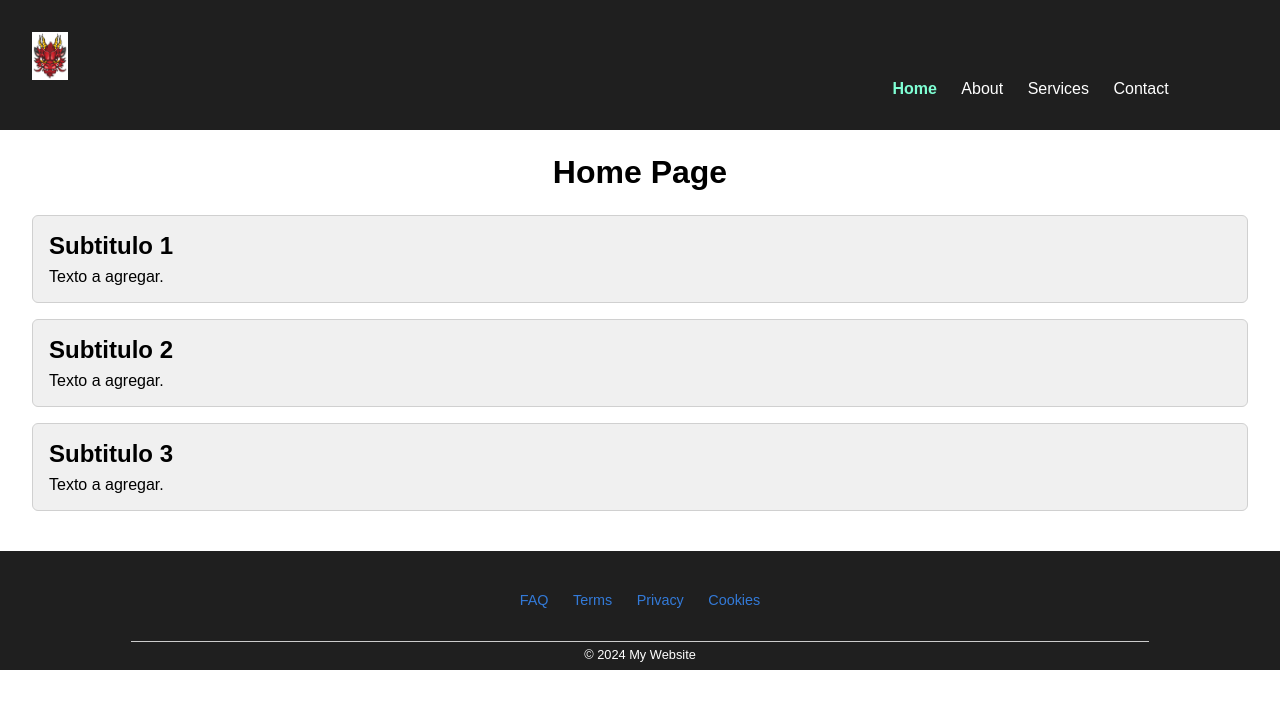
Repository: andreamm-lab/basic-navigation-example-2025-10
Page: index.html
These files come from the project's save history. The page is drawn as it stood at one moment and after the next save; the edit follows.
The browser window is 1280 px wide. The pictures show the whole page.

Above is the page before, as saved 2025-11-06 19:32:54.

After the next save:
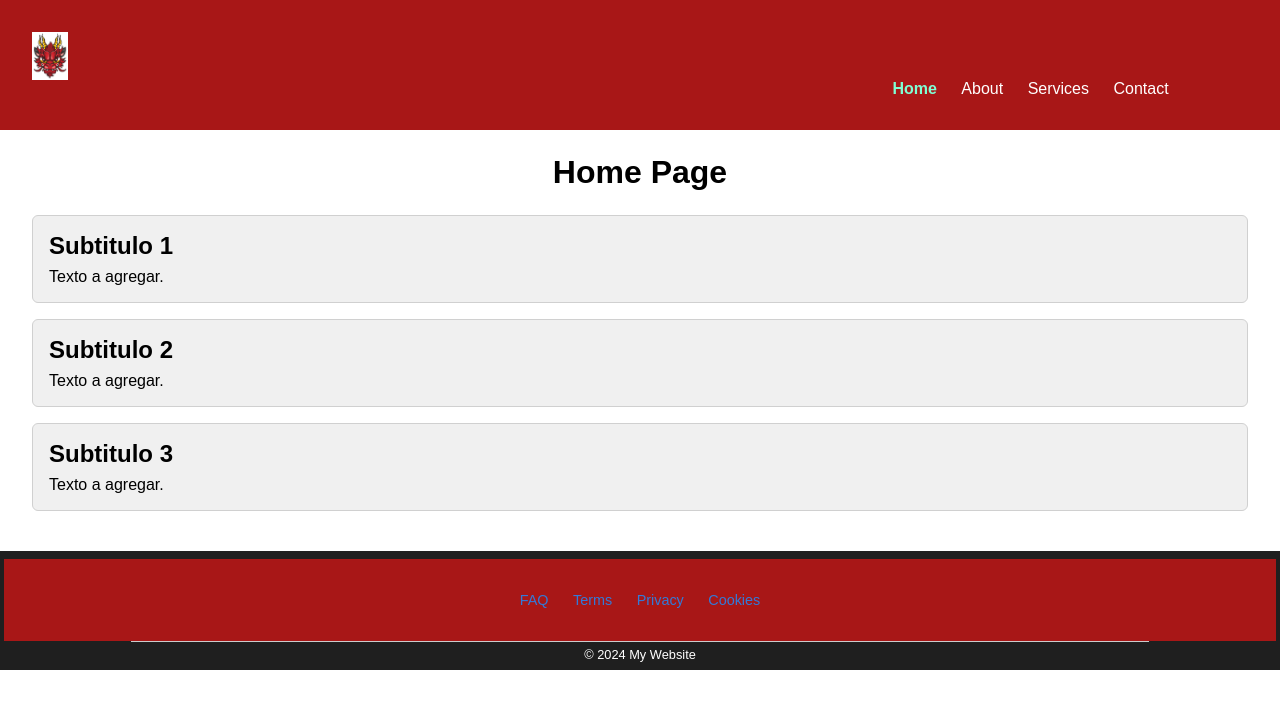
Saved 88 s later.
--- a/main.css
+++ b/main.css
@@ -21,7 +21,7 @@
 nav {
     padding: 32px 32px;
     min-height: 80px;
-    background-color: #1F1F1F;
+    background-color: #a81717;
 }
 
 /* Icon - Image */

After the save that followed:
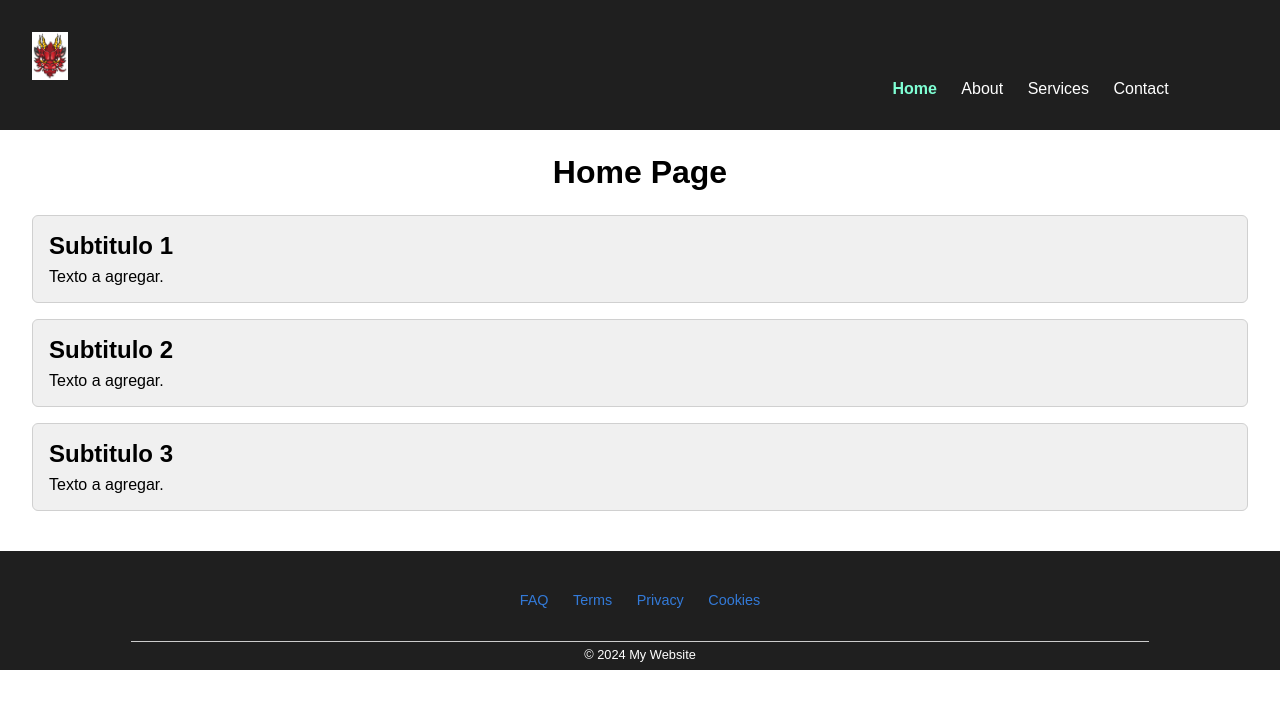
Saved 34 s later.
--- a/main.css
+++ b/main.css
@@ -21,7 +21,7 @@
 nav {
     padding: 32px 32px;
     min-height: 80px;
-    background-color: #a81717;
+    background-color: #1F1F1F;
 }
 
 /* Icon - Image */
